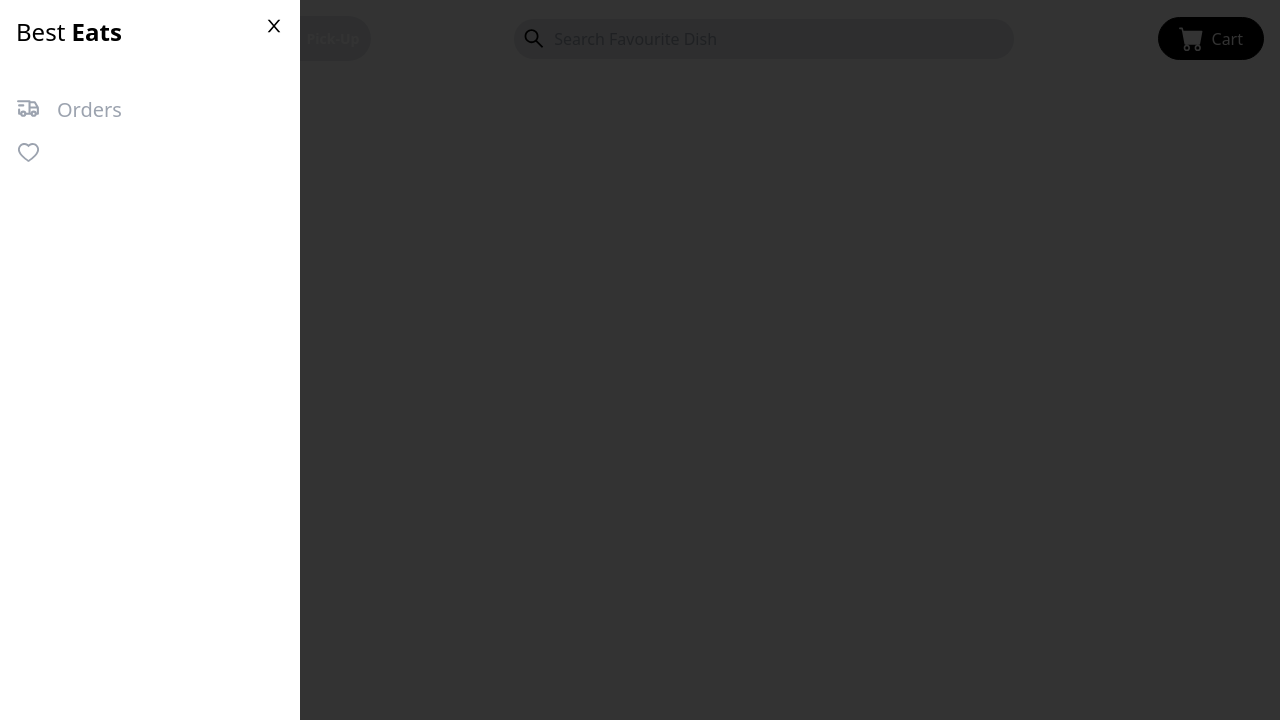
Repository: remydev47/best-eats
Page: /
An editor plug-in stored every save of this project. The page is shown before and after the next save, followed by the edit.
The browser window is 1280 px wide. The pictures show the whole page.
The project was rebuilt for these pictures with package versions that can differ from the ones it lists, and the page was loaded fresh each time. Also part of the build but not shown: src/App.css.

Above is the page before, as saved 2022-08-01 21:08:42.

### src/index.css
@tailwind base;
@tailwind components;
@tailwind utilities;

@layer base {
  button {
    @apply border border-black rounded-xl px-5 py-1;
  }
}

### src/App.js
import React from 'react'
import Navbar from './components/Navbar'
import './App.css';

function App() {
  return (
    <div>
      <Navbar />
    </div>
  );
}

export default App;

### src/components/Navbar.js
import React from 'react'
import { AiOutlineClose, AiOutlineHeart, AiOutlineMenu, AiOutlineSearch } from 'react-icons/ai'
import { BsFillCartFill } from 'react-icons/bs'
import { TbTruckDelivery } from 'react-icons/tb'

const Navbar = () => {
  return (
    <div className={styles.container}>
        <div className={styles.wrapper}>
         <div className={styles.iconcontainer}>
             <AiOutlineMenu size={30} />
         </div>
         <h1 className={styles.best}>
            Best <span className='font-bold'>Eats</span>
         </h1>
         <div className={styles.utilcontainer}>
            <p className={styles.delivery}>Delivery</p>
            <p className={styles.pick}>Pick-Up</p>
         </div>
        </div>
        <div className={styles.search}>
          <AiOutlineSearch size={25}/>
          <input
            className='bg-transparent p-2 focus:outline-none w-full'
            placeholder='Search Favourite Dish'
          />
        </div>
        <div>
          <button className={styles.cartcontainer}>
            <BsFillCartFill size={25} className='mr-2'/> Cart
          </button>
        </div>
        {/* mobilemenu */}
        <div className={styles.mobilemenuContainer}>

        </div>
      {/* side drawer */}
      <div className={styles.sidedrawer}>
        <AiOutlineClose size={20} className="absolute right-4 top-4 cursor-pointer"/>
        <h2 className='text-2xl p-4'>Best <span className='font-bold text-black'>Eats</span></h2>
        <nav>
          <ul className='flex flex-col p-4 text-gray-400'>
            <l1 className={styles.eat}>
              <TbTruckDelivery size={25} className='mr-4'/>
              Orders
            </l1>
            <l1>
              <AiOutlineHeart size={25} className='mr-4'/>
            </l1>
            <l1>

            </l1>
            <l1>

            </l1>
            <l1>

            </l1>
            <l1>

            </l1>
            <l1>

            </l1>
          </ul>
        </nav>
      </div>
    </div>
  )
}

export default Navbar

const styles = {
    container:`flex justify-between mx-auto max-w-[1640px] items-center p-4`,
    wrapper:`flex items-center`,
    iconcontainer:`cursor-pointer`,
    utilcontainer:`hidden lg:flex items-center bg-gray-200 rounded-full p-1 text-[14px]`,
    best:`text-2xl, sm:text-3xl lg:text-4xl px-4`,
    delivery:`bg-black text-white rounded-full font-bold`,
    pick:`p-2 text-white font-bold`,
    search:`bg-gray-200 rounded-full flex items-center px-2 w-[200px] sm:w-[400px] lg:w-[500px]`,
    cartcontainer:`bg-black items-center py-2 text-white hidden md:flex rounded-full`,
    mobilemenuContainer:`bg-black/80 fixed w-full h-screen z-10 top-0 left-0`,
    sidedrawer:`fixed top-0 left-0 w-[300px] h-screen bg-white z-10 duration-300`,
    eat:`text-xl py-4 flex`
}

Loaded but not shown: public/index.html (common file); src/index.js (common file); src/reportWebVitals.js (common file); tailwind.config.js (common file)

After the next save:
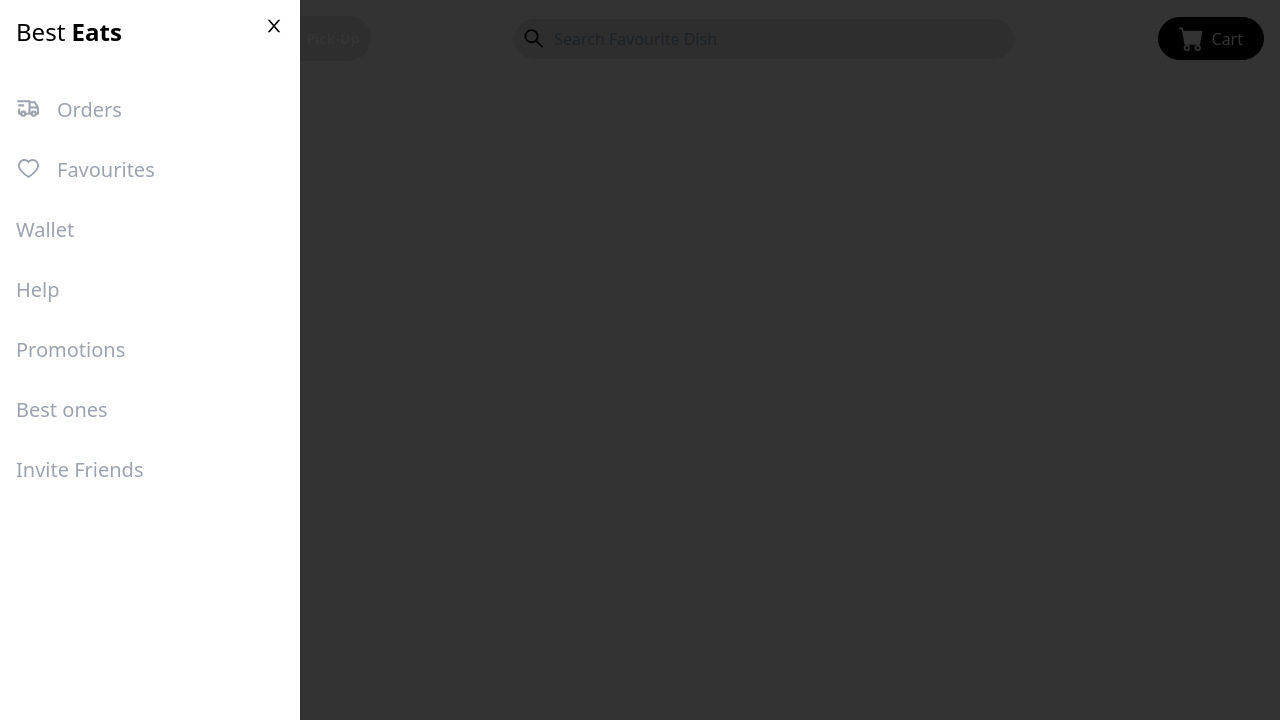
Saved 2 min 57 s later.
--- a/src/components/Navbar.js
+++ b/src/components/Navbar.js
@@ -44,23 +44,24 @@
               <TbTruckDelivery size={25} className='mr-4'/>
               Orders
             </l1>
-            <l1>
+            <l1 className={styles.eat}>
               <AiOutlineHeart size={25} className='mr-4'/>
+              Favourites
             </l1>
-            <l1>
-
+            <l1 className={styles.eat}>
+              Wallet
             </l1>
-            <l1>
-
+            <l1 className={styles.eat}>
+              Help
             </l1>
-            <l1>
-
+            <l1 className={styles.eat}>
+              Promotions
             </l1>
-            <l1>
-
+            <l1 className={styles.eat}>
+              Best ones
             </l1>
-            <l1>
-
+            <l1 className={styles.eat}>
+              Invite Friends
             </l1>
           </ul>
         </nav>
